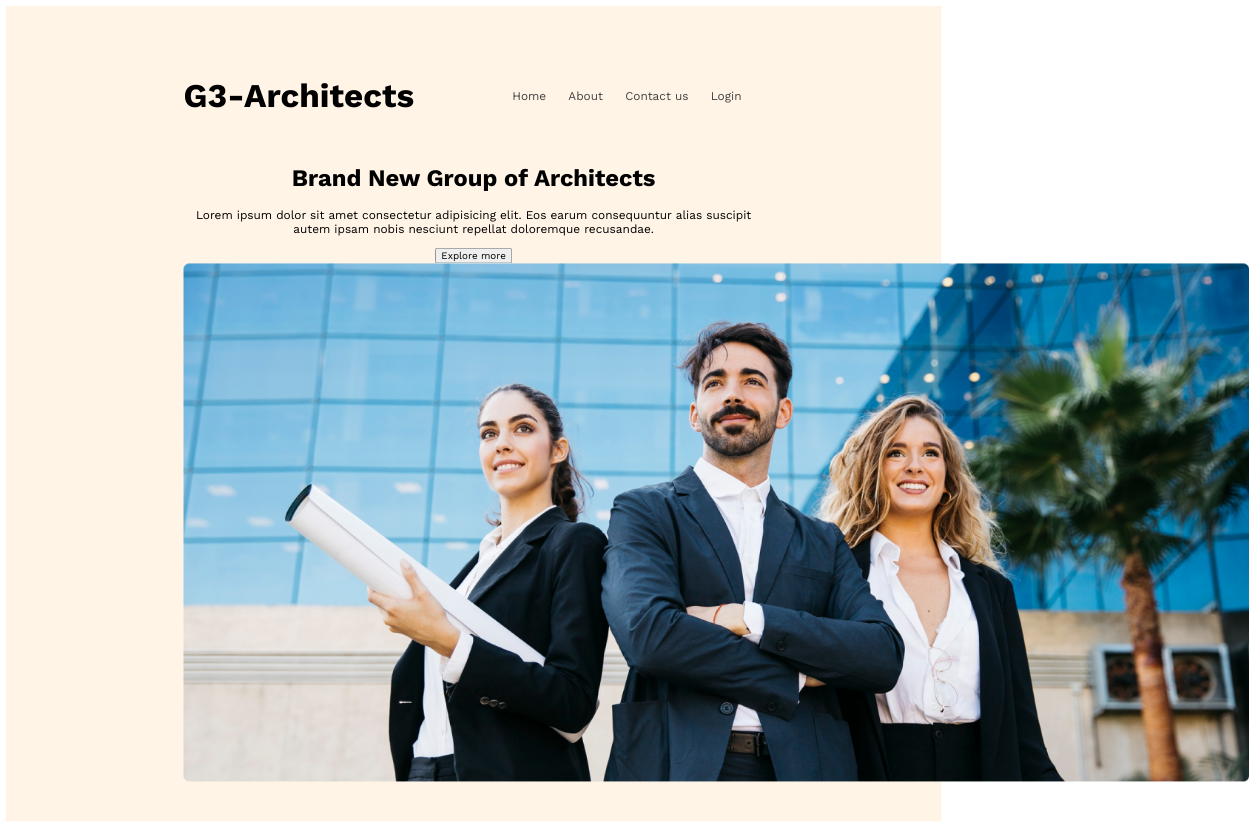
Repository: RudrasahaDibos/architects-resources
Page: index.html
These files come from the project's save history. The page is drawn as it stood at one moment and after the next save; the edit follows.
The browser window is 1280 px wide. The page is 1688 px wide, so the pictures cover 1688 px, including what lies to the right of the window. The pictures show the whole page, at 74% of full size.

Above is the page before, as saved 2024-10-06 16:51:53.

### index.html
<!DOCTYPE html>
<html lang="en">
<head>
    <meta charset="UTF-8">
    <meta name="viewport" content="width=device-width, initial-scale=1.0">
    <link rel="stylesheet" href="index.css">
    <title>Responsive web side</title>
</head>
<body>
       <header>
              <nav>
                <h3 class="nav-title">G3-Architects</h3>
              <ul>
                 <li><a href="">Home</a></li>
                 <li><a href="">About</a></li>
                 <li><a href="">Contact us</a></li>
                 <li><a href="">Login</a></li>
              </ul>
              </nav>
             <div class="banner">
                <div class="banner-content">
                     <h1 class="banner-title">Brand New Group of Architects</h1>
                     <p class="banner-discription">Lorem ipsum dolor sit amet consectetur adipisicing elit. Eos earum consequuntur alias suscipit autem ipsam nobis nesciunt repellat doloremque recusandae.</p>
                     <button class="btn-banner">Explore more</button>
                </div>
                 <img src="images/banner.png" alt="">
             </div>

       </header>
       <main>

       </main>
       <footer>

       </footer>
</body>
</html>

### index.css
@import url('https://fonts.googleapis.com/css2?family=Work+Sans:ital,wght@0,100..900;1,100..900&display=swap');

*{
    font-family: "Lato", sans-serif;
    font-family: "Open Sans", sans-serif;
    font-family: "Work sans", sans-serif;


}
header{
    background-color: rgba(255,144,14,0.10);
    padding: 50px 240px;

}
.nav-title{
    font-size: 2.8rem;
    font-weight: 700px;
}
nav{
    display: flex;
    justify-content: space-between;
    align-items: center;
}
nav >ul{
    display: flex;
}
nav li{
    list-style: none;
    margin-right: 30px;
    font-weight: 500px;
    font-size: 1rem;
}
 nav li a{
    text-decoration: none;
    color: #424242;
 }

 /* banner style */

 .banner-content{
    max-width: 800px;
    text-align: center;
    margin: 0 auto;
 }
 .banner-title{
    fon
 }

After the next save:
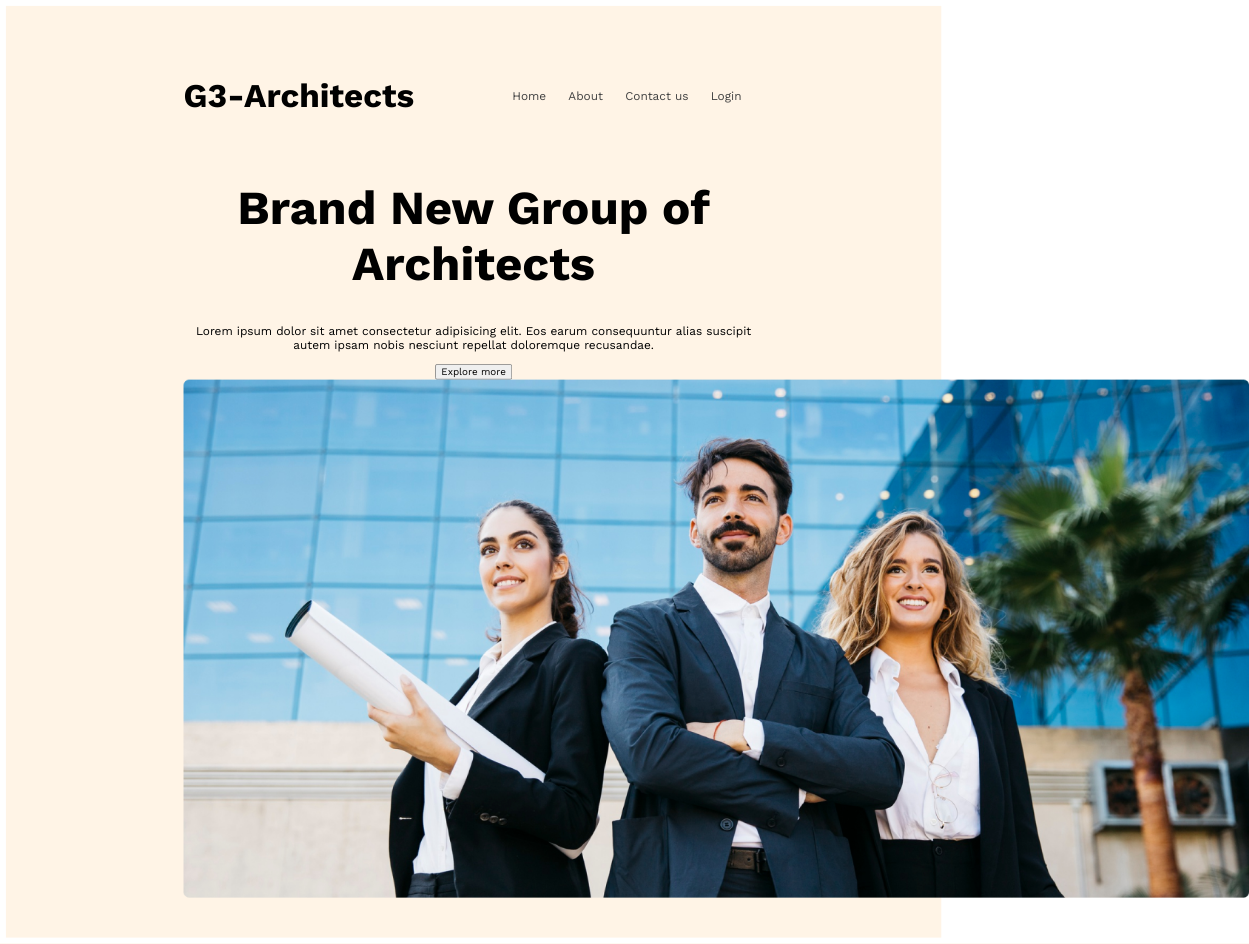
Saved 4 s later.
--- a/index.css
+++ b/index.css
@@ -43,5 +43,5 @@ nav li{
     margin: 0 auto;
  }
  .banner-title{
-    fon
+    font-size: 4rem;
  }
